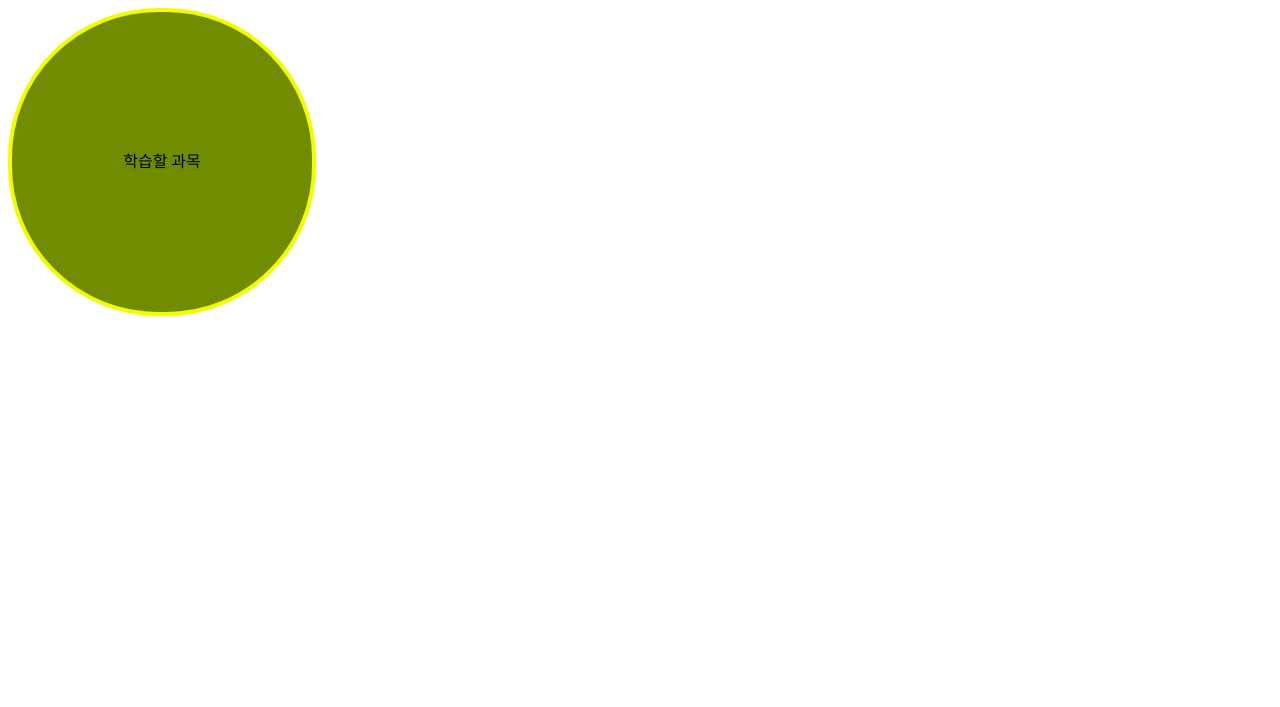
Repository: kimjoohye/study_WEB
Page: workspace/studyhtml5/WebContent/jq/jq03/jq03.html
An editor plug-in stored every save of this project. The page is shown before and after the next save, followed by the edit.
The browser window is 1280 px wide. The pictures show the whole page.

Above is the page before, as saved 2022-05-12 01:21:07.

After the next save:
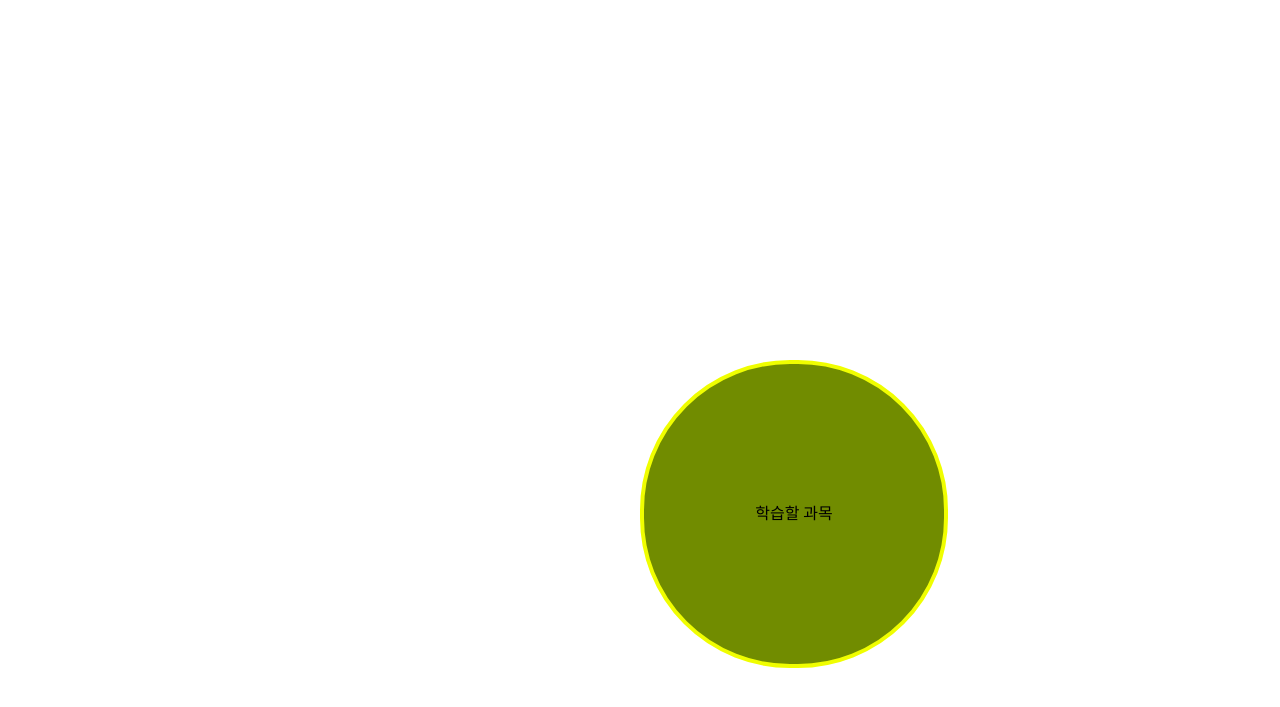
Saved 27 s later.
--- a/workspace/studyhtml5/WebContent/jq/jq03/jq03.html
+++ b/workspace/studyhtml5/WebContent/jq/jq03/jq03.html
@@ -33,6 +33,8 @@
     line-height: 300px;
 
     position: absolute;
+    left: 50%;
+    top: 50%;
 
     border: 4px solid #f0fe00;
     background: #718c00;
